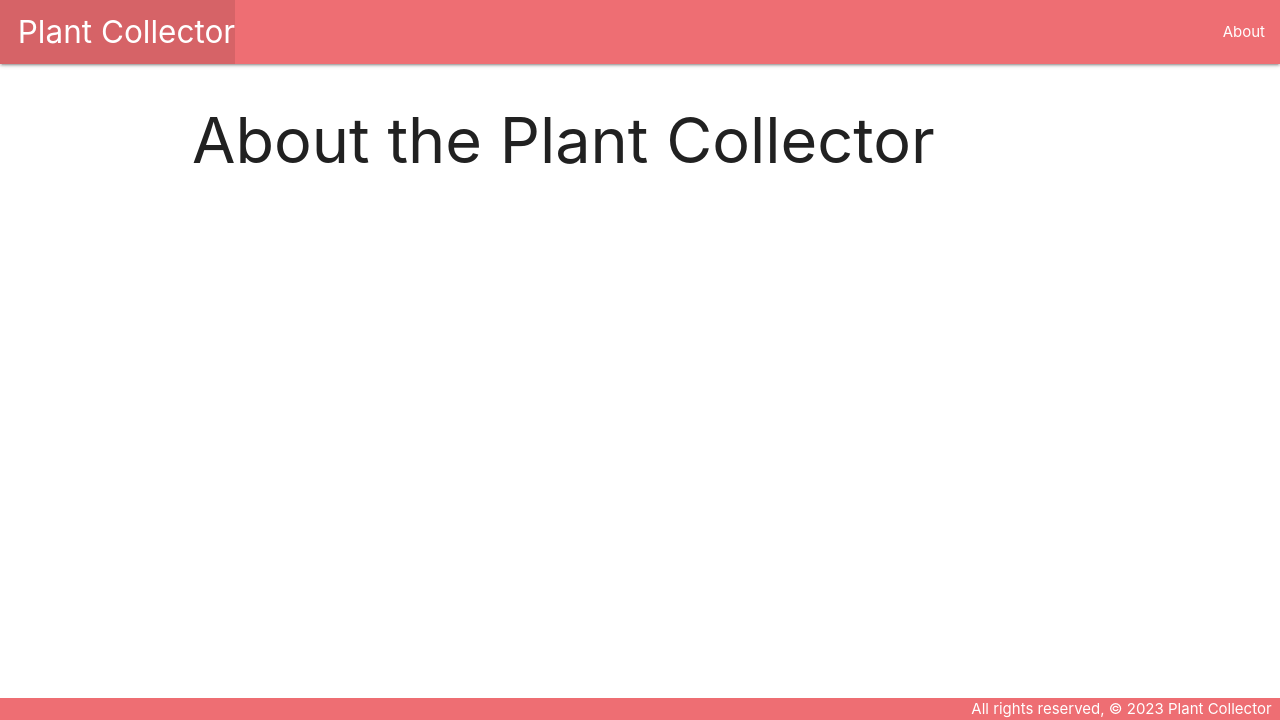
Repository: thecoachanna/plant-collector
Page: http://localhost/plants/
The author's editor kept a copy of each file at every save. The page is drawn from the files as they stood at one save, then again after the next save.
The browser window is 1280 px wide. The pictures show the whole page.
The page is served by the project's application, run on Django 4.2 (manage.py). Other server files are loaded and not shown.

Above is the page before, as saved 2023-03-06 18:56:58.

### main_app/templates/plants/index.html
{% extends 'base.html' %}
{% block content %}
    <h1>About the Plant Collector</h1>

{% endblock %}

### main_app/templates/base.html
{% load static %}
<!DOCTYPE html>
<html lang="en">
<head>
    <meta charset="UTF-8">
    <meta http-equiv="X-UA-Compatible" content="IE=edge">
    <meta name="viewport" content="width=device-width, initial-scale=1.0">
    <title>Plant Collector</title>
    <link rel="stylesheet" href="https://cdnjs.cloudflare.com/ajax/libs/materialize/1.0.0/css/materialize.min.css">
    <script src="https://cdnjs.cloudflare.com/ajax/libs/materialize/1.0.0/js/materialize.min.js"></script>
    <link rel="stylesheet" type="text/css" href="{% static 'css/style.css' %}">
</head>
<body>
    <header class="navbar-fixed">
        <nav>
            <div class="nav-wrapper">
                <ul>
                    <li><a href="/" class="left brand-logo">&nbsp;&nbsp;Plant Collector</a></li>
                </ul>
                <ul class="right">
                    <li><a href="{% url 'about' %}">About</a></li>
                    {% comment %} <li><a href="{% url 'plants_create' %}">Add a Plant</a></li>
                    <li><a href="{% url 'index' %}">View All My Plants</a></li> {% endcomment %}
                </ul>
            </div>
        </nav>
    </header>
    <main class="container">
        {% block content %}
        {% endblock %}
    </main>
    <footer class="page-footer">
        <div class="right">All rights reserved, &copy; 2023 Plant Collector &nbsp;</div>
    </footer>
</body>
</html>

### main_app/views.py
from django.shortcuts import render

# temporary plants for building templates
plants = [
    {'name': 'Monstera', 'type': 'tropical'},
    {'name': 'Cactus', 'type': 'desert'}
]

# Create your views here.
# View functions match URLs to code like Controllers in Express
# define home view function
def home(request):
    return render(request, 'home.html')

# define about view function
def about(request):
    return render(request, 'about.html')

# index route for plants
def plants_index(request):
    return render(request, 'plants/index.html', {'plants': plants})

### plantcollector/urls.py
"""plantcollector URL Configuration

The `urlpatterns` list routes URLs to views. For more information please see:
    https://docs.djangoproject.com/en/4.1/topics/http/urls/
Examples:
Function views
    1. Add an import:  from my_app import views
    2. Add a URL to urlpatterns:  path('', views.home, name='home')
Class-based views
    1. Add an import:  from other_app.views import Home
    2. Add a URL to urlpatterns:  path('', Home.as_view(), name='home')
Including another URLconf
    1. Import the include() function: from django.urls import include, path
    2. Add a URL to urlpatterns:  path('blog/', include('blog.urls'))
"""
from django.contrib import admin
from django.urls import path, include

urlpatterns = [
    path('admin/', admin.site.urls),
    # '' represents the "starts with" path
    path('', include('main_app.urls')),
]

### main_app/urls.py
from django.urls import path
from . import views

urlpatterns = [
    # using an empty string makes this the root route
    # views.home refers to a view that renders a file
    # the name='home' kwarg gives the route a name
    # naming routes is optional but best practice
    path('', views.home, name='home'),
    path('about/', views.about, name='about'),
    # path for plants
    path('plants/', views.plants_index, name='index'),
]

Loaded but not shown: main_app/static/css/style.css (common file)

After the next save:
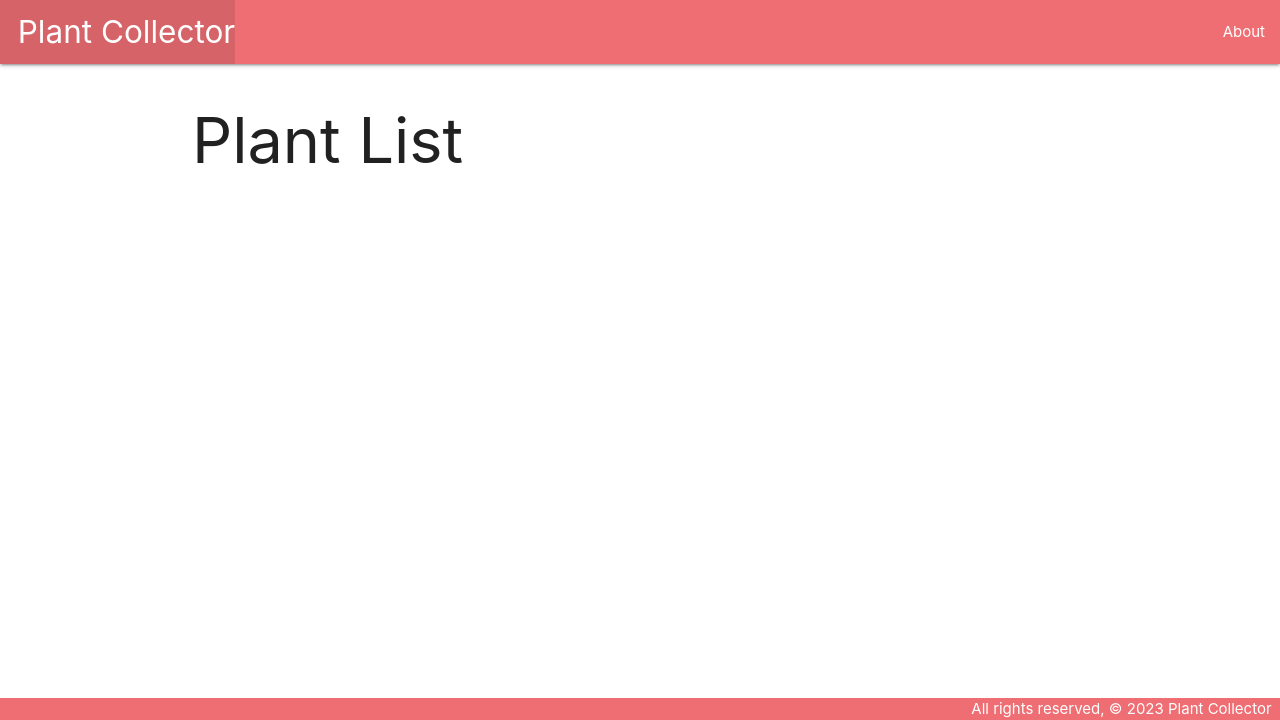
Saved 6 s later.
--- a/main_app/templates/plants/index.html
+++ b/main_app/templates/plants/index.html
@@ -1,5 +1,5 @@
 {% extends 'base.html' %}
 {% block content %}
-    <h1>About the Plant Collector</h1>
+    <h1>Plant List</h1>
 
 {% endblock %}
